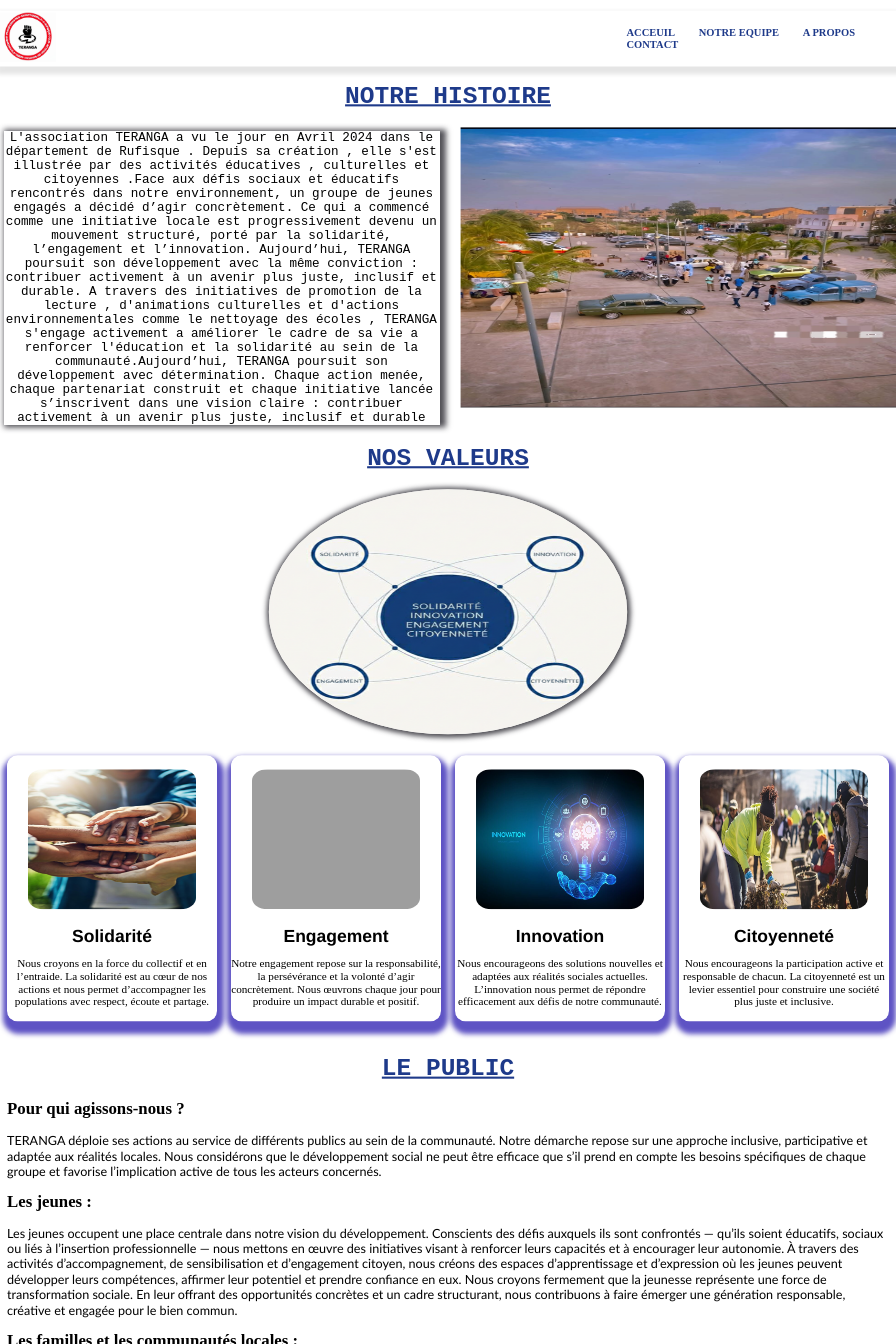
Repository: assanendao171/projet-teranga
Page: propos.html
These files come from the project's save history. The page is drawn as it stood at one moment and after the next save; the edit follows.
The browser window is 1280 px wide. The pictures show the part of the page from y = 0 to 1920 px (the page is 3224 px tall before and 6879 px after), at 70% of full size.
Pictures or frames that could not be fetched are drawn as grey boxes. A picture or video elsewhere on the page could not be fetched, so the positions and the page height are approximate.

Above is the page before, as saved 2026-02-13 10:28:31.

After the next save:
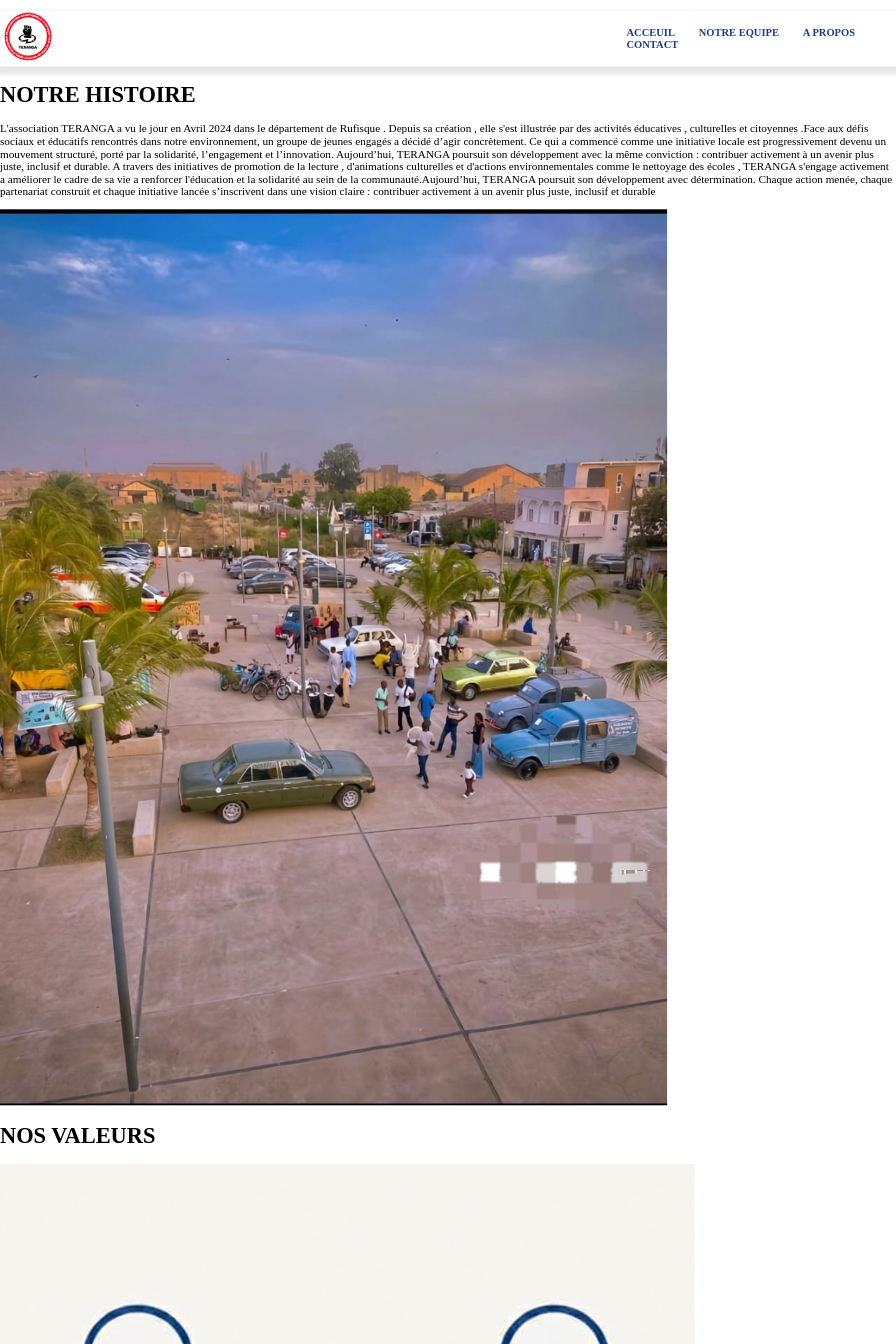
Saved 11 min 46 s later.
--- a/propos.css
+++ b/propos.css
@@ -113,124 +113,3 @@ footer{
     flex-direction: column;
     justify-content: flex-end;
 }
-/* section histoire */
-#histoire{
-        color: #1E3A8A;
-
-    text-align: center;
-    font-size: 35px;
-font-family: 'Courier New', Courier, monospace;
-text-decoration: underline;
-
-}
-.contain-histoire{
-    display: flex;
-    gap: 25px;
-}
-#p-histoire{
-    text-align: center;
-    font-size: 18px;
-font-family: 'Courier New', Courier, monospace;
-margin: 5px ;
-   width: 50%;
-    box-shadow: 5px 1px 8px 4px rgba(31, 30, 37, 0.781);
-}
-.photo-histoire{
-    width: 50%;
-    height: 400px;
-}
-#valeur{
-        color: #1E3A8A;
-
-    text-align: center;
-    font-size: 35px;
-font-family: 'Courier New', Courier, monospace;
-text-decoration: underline;
-
-}
-.photo-valeur{
-    width: 40%;
-    height: 350px;
-border-radius: 50%;
-    box-shadow: 1px 1px 8px 4px rgba(31, 30, 37, 0.781);
-}
-.contain-valeur{
-    display: flex;
-    flex-direction: row;
-    justify-content: center;
-}
-
-.contain-image{
-    padding-top: 30px;
-    display: flex;
-    gap: 20px;
-    text-align: center;
-    justify-content: center;
-    align-items: center;
-}
-.image1{
-    width: 300px;
-    height: 380px;
-    text-align: center;
-    background-color: rgb(255, 255, 255);
-    border-radius: 15px;
-    box-shadow: 2px 10px 8px 8px rgba(49, 34, 180, 0.781);
-    color: #000000;
-
-}
-.image-aide{
-        width: 240px;
-    height: 200px;
-    padding: 20px;
-    border-radius: 15%;
-}
-.image-aide:hover{
-    transition: 0.5s;
-    transform: scale(1.1);
-}
-#texte-aide-social{
-        font-size: 25px;
-        font-weight:bold;
-font-family:'Franklin Gothic Medium', 'Arial Narrow', Arial, sans-serif
-}
-#public{
-        color: #1E3A8A;
-padding-top: 25px;
-    text-align: center;
-    font-size: 35px;
-font-family: 'Courier New', Courier, monospace;
-text-decoration: underline;
-}
-.containt-public{
-    margin: 10px;
-}
-.p-public{
-    font-size: 18px;
-font-family:'Trebuchet MS', 'Lucida Sans Unicode', 'Lucida Grande', 'Lucida Sans', Arial, sans-serif
-}
-#lieu{
-        color: #1E3A8A;
-padding-top: 25px;
-    text-align: center;
-    font-size: 35px;
-font-family: 'Courier New', Courier, monospace;
-text-decoration: underline;
-}
-
-
-.contain-lieu{
-    display: flex;
-    gap: 25px;
-}
-#p-lieu{
-    text-align: center;
-    font-size: 18px;
-font-family: 'Courier New', Courier, monospace;
-margin: 5px ;
-   width: 50%;
-    box-shadow: 5px 1px 8px 4px rgba(31, 30, 37, 0.781);
-}
-.ifram-lieu{
-    width: 50%;
-    height: 370px;
-}

After the save that followed:
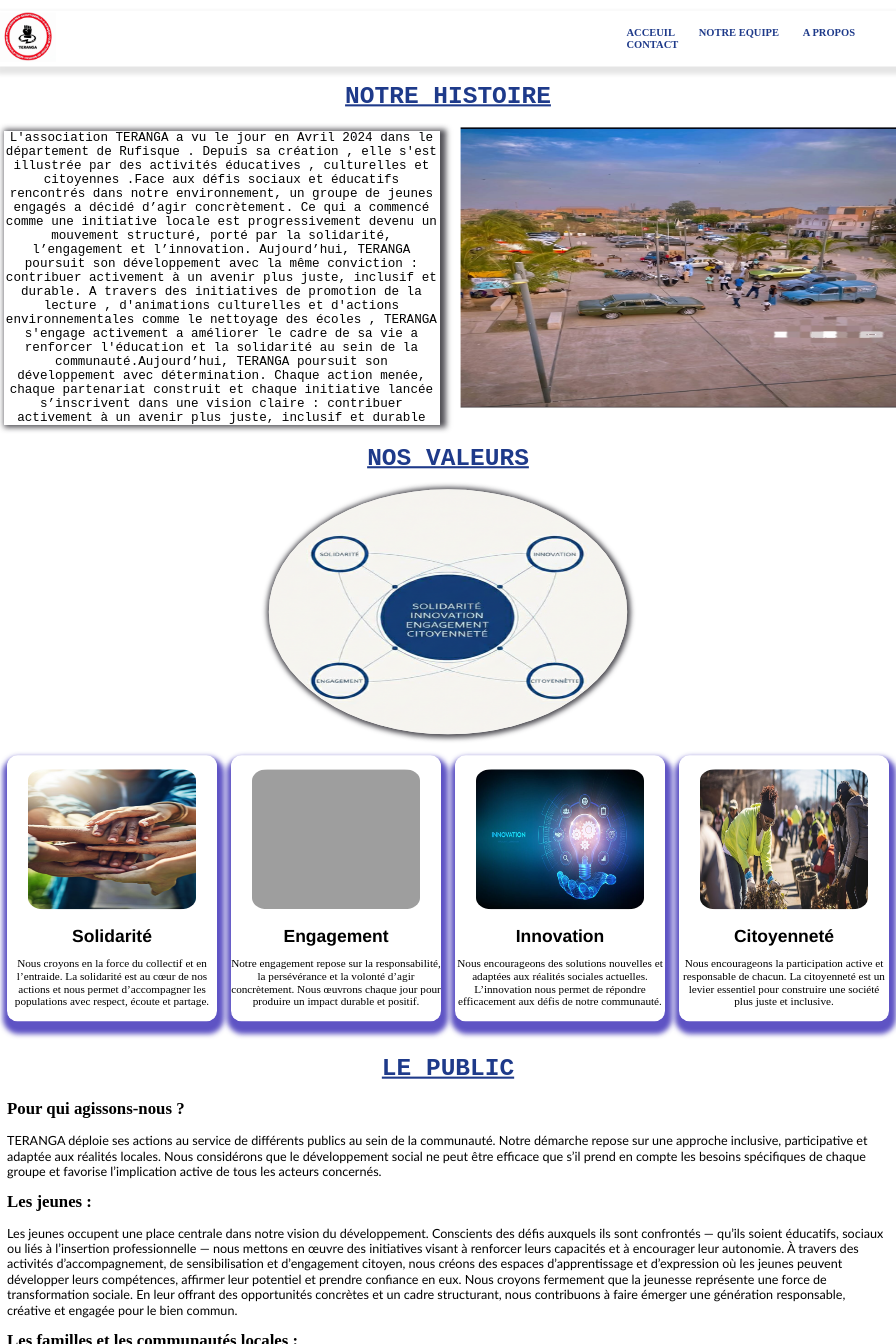
Saved 56 s later.
--- a/propos.css
+++ b/propos.css
@@ -28,6 +28,127 @@ left: 10px;
 }
 
 
+/* section histoire */
+#histoire{
+        color: #1E3A8A;
+
+    text-align: center;
+    font-size: 35px;
+font-family: 'Courier New', Courier, monospace;
+text-decoration: underline;
+
+}
+.contain-histoire{
+    display: flex;
+    gap: 25px;
+}
+#p-histoire{
+    text-align: center;
+    font-size: 18px;
+font-family: 'Courier New', Courier, monospace;
+margin: 5px ;
+   width: 50%;
+    box-shadow: 5px 1px 8px 4px rgba(31, 30, 37, 0.781);
+}
+.photo-histoire{
+    width: 50%;
+    height: 400px;
+}
+#valeur{
+        color: #1E3A8A;
+
+    text-align: center;
+    font-size: 35px;
+font-family: 'Courier New', Courier, monospace;
+text-decoration: underline;
+
+}
+.photo-valeur{
+    width: 40%;
+    height: 350px;
+border-radius: 50%;
+    box-shadow: 1px 1px 8px 4px rgba(31, 30, 37, 0.781);
+}
+.contain-valeur{
+    display: flex;
+    flex-direction: row;
+    justify-content: center;
+}
+
+.contain-image{
+    padding-top: 30px;
+    display: flex;
+    gap: 20px;
+    text-align: center;
+    justify-content: center;
+    align-items: center;
+}
+.image1{
+    width: 300px;
+    height: 380px;
+    text-align: center;
+    background-color: rgb(255, 255, 255);
+    border-radius: 15px;
+    box-shadow: 2px 10px 8px 8px rgba(49, 34, 180, 0.781);
+    color: #000000;
+
+}
+.image-aide{
+        width: 240px;
+    height: 200px;
+    padding: 20px;
+    border-radius: 15%;
+}
+.image-aide:hover{
+    transition: 0.5s;
+    transform: scale(1.1);
+}
+#texte-aide-social{
+        font-size: 25px;
+        font-weight:bold;
+font-family:'Franklin Gothic Medium', 'Arial Narrow', Arial, sans-serif
+}
+#public{
+        color: #1E3A8A;
+padding-top: 25px;
+    text-align: center;
+    font-size: 35px;
+font-family: 'Courier New', Courier, monospace;
+text-decoration: underline;
+}
+.containt-public{
+    margin: 10px;
+}
+.p-public{
+    font-size: 18px;
+font-family:'Trebuchet MS', 'Lucida Sans Unicode', 'Lucida Grande', 'Lucida Sans', Arial, sans-serif
+}
+#lieu{
+        color: #1E3A8A;
+padding-top: 25px;
+    text-align: center;
+    font-size: 35px;
+font-family: 'Courier New', Courier, monospace;
+text-decoration: underline;
+}
+
+
+.contain-lieu{
+    display: flex;
+    gap: 25px;
+}
+#p-lieu{
+    text-align: center;
+    font-size: 18px;
+font-family: 'Courier New', Courier, monospace;
+margin: 5px ;
+   width: 50%;
+    box-shadow: 5px 1px 8px 4px rgba(31, 30, 37, 0.781);
+}
+.ifram-lieu{
+    width: 50%;
+    height: 370px;
+}
 
 
 
